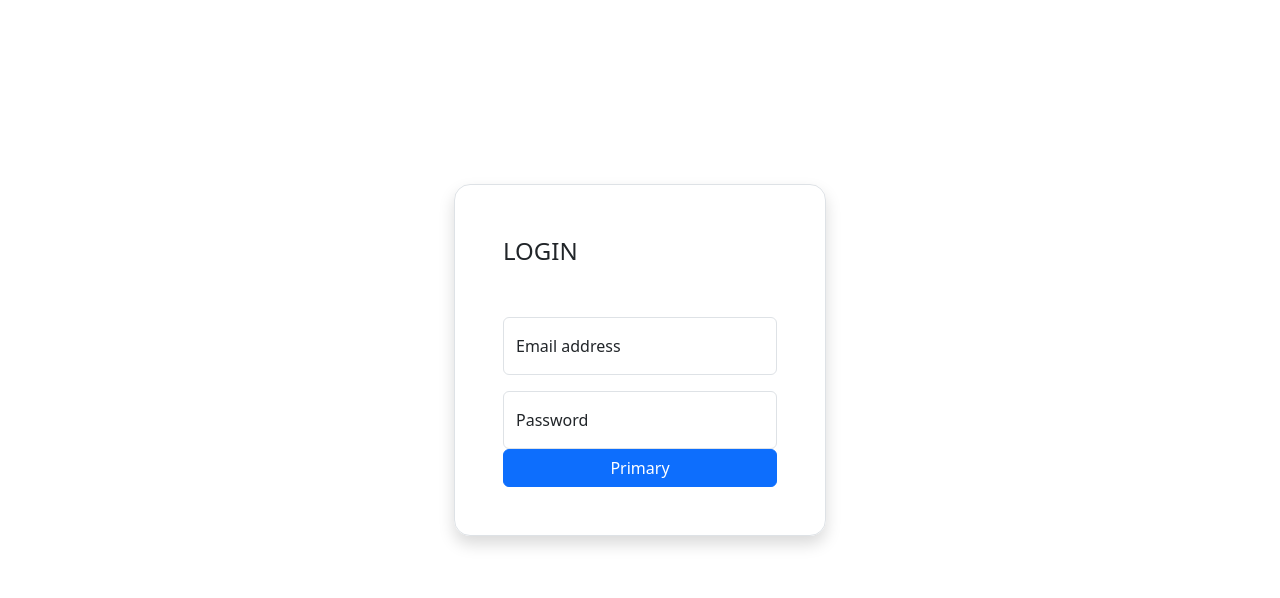
Repository: jaevoy2/lara_demo
Page: http://localhost/
The author's editor kept a copy of each file at every save. The page is drawn from the files as they stood at one save, then again after the next save.
The browser window is 1280 px wide. The pictures show the whole page.
The page is served by the project's Laravel application, run on PHP 8.4 with Laravel 12.

Above is the page before, as saved 2026-07-06 22:54:48.

After the next save:
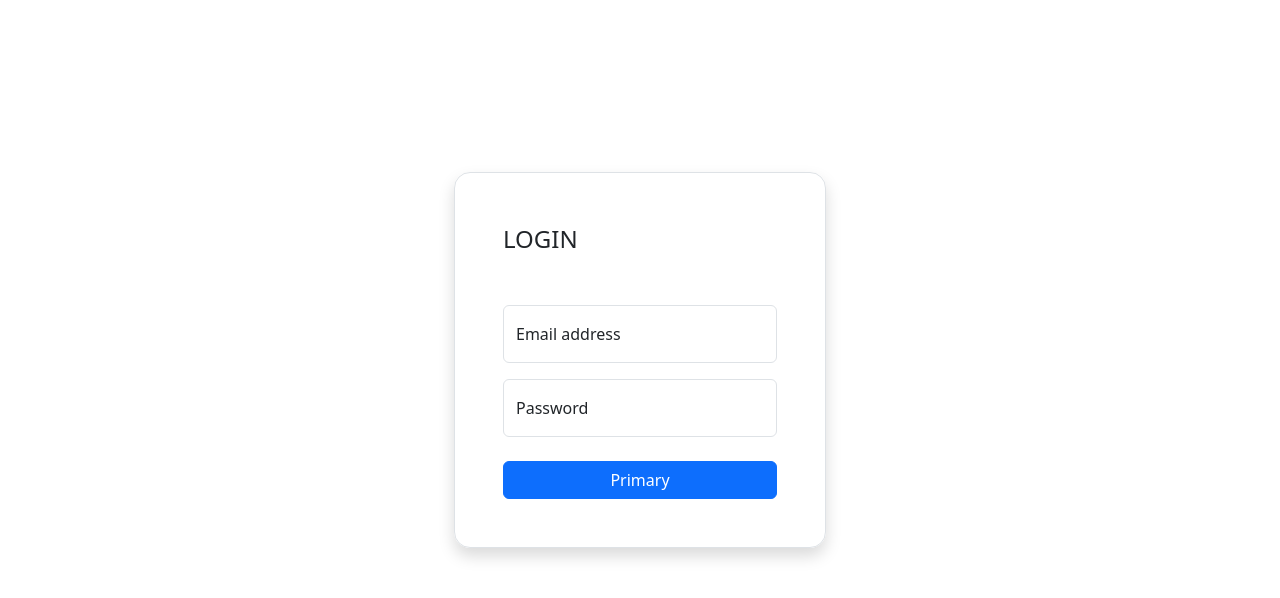
Saved 14 s later.
--- a/resources/views/login.blade.php
+++ b/resources/views/login.blade.php
@@ -8,7 +8,7 @@
                 <input type="email" class="form-control" id="floatingInput" placeholder="name@example.com">
                     <label for="floatingInput">Email address</label>
             </div>
-            <div class="form-floating">
+            <div class="form-floating mb-4">
                 <input type="password" class="form-control" id="floatingPassword" placeholder="Password">
                 <label for="floatingPassword">Password</label>
             </div>
